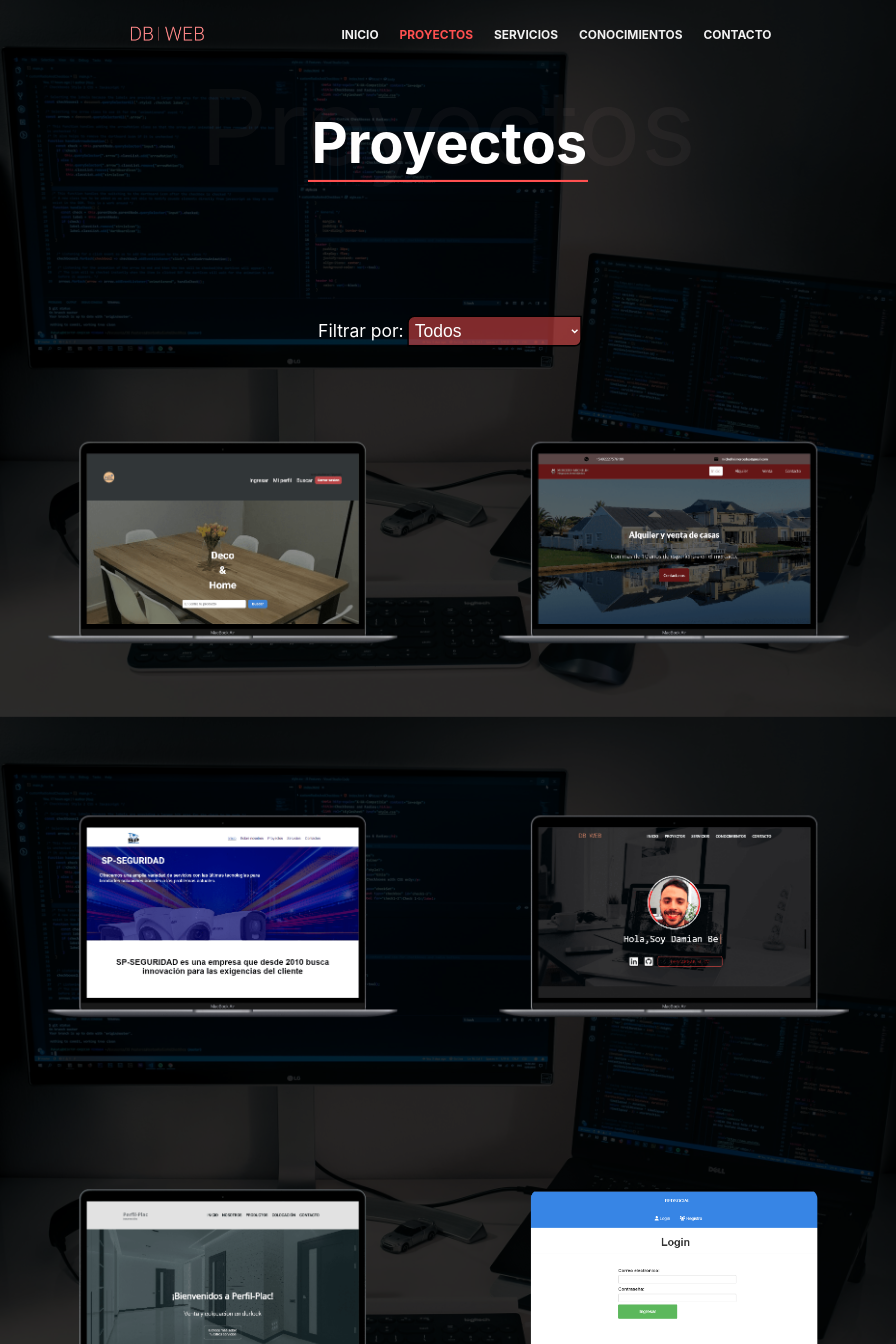
Repository: DamianBermudez94/DB-Porfolio
Page: /proyecto
An editor plug-in stored every save of this project. The page is shown before and after the next save, followed by the edit.
The browser window is 1280 px wide. The pictures show the part of the page from y = 0 to 1920 px (the page is 2900 px tall), at 70% of full size.
Backgrounds fixed to the window are drawn as part of the page. Some web libraries are served in a nearby version. The project was rebuilt for these pictures with package versions that can differ from the ones it lists, and the page was loaded fresh each time. Also part of the build but not shown: vite.config.js, src/components/TextoCustom/styles.css, src/components/TextoCustom/CustomText.jsx, src/components/Home/styles.css, src/components/Servicios/styles.css, src/components/Servicios/Service.jsx, src/components/Home/Home.jsx, src/pages/Inicio.jsx and 7 more.

Above is the page before, as saved 2024-04-02 09:29:19.

After the next save:
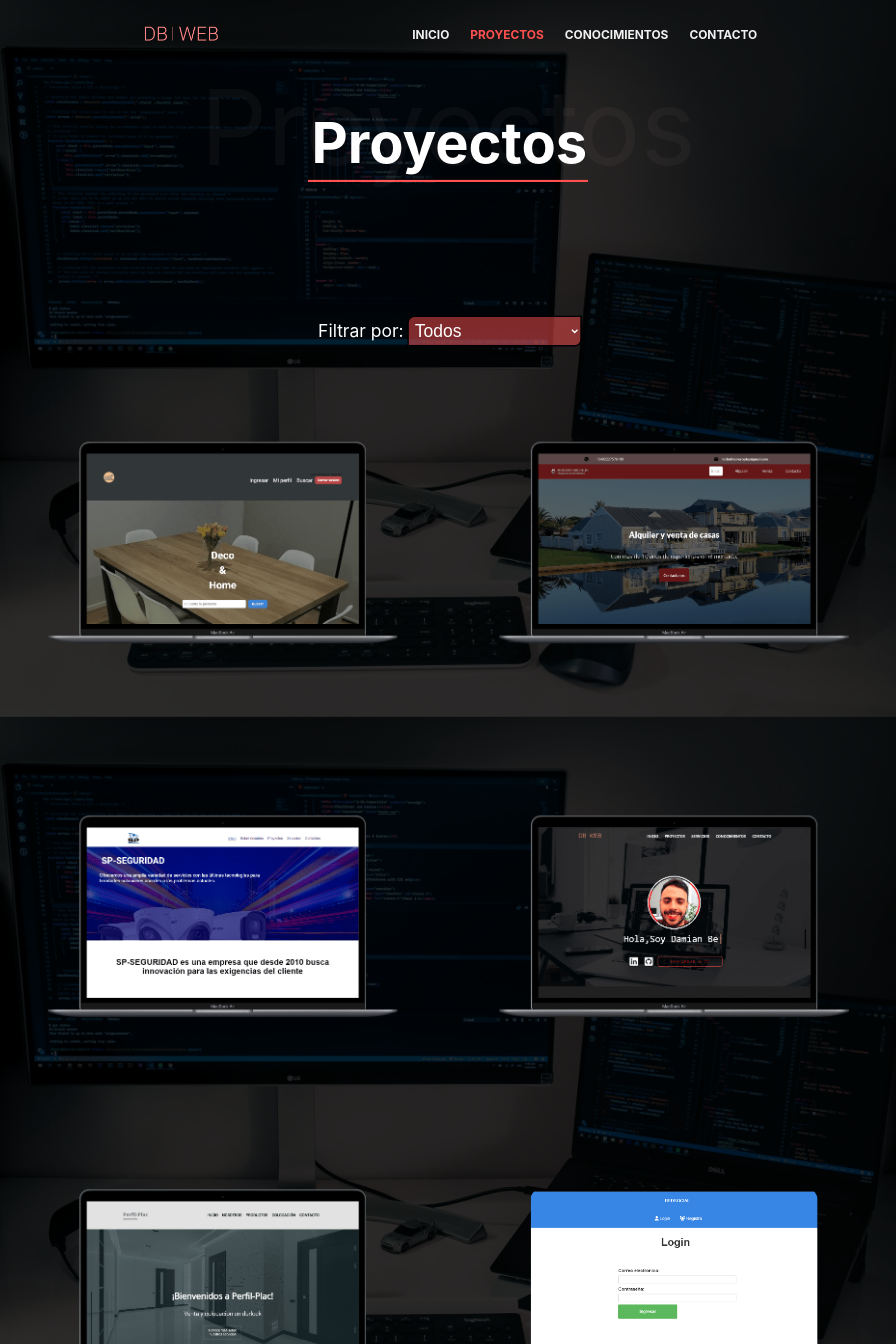
Saved 20 s later.
--- a/src/components/header/NavHeader.jsx
+++ b/src/components/header/NavHeader.jsx
@@ -66,15 +66,6 @@ export const NavHeader = () => {
             </li>
             <li>
               <NavLink
-                to="/servicios"
-                onClick={handleClick}
-                className={({ isActive }) => (isActive ? "active" : "")}
-              >
-                servicios
-              </NavLink>
-            </li>
-            <li>
-              <NavLink
                 to="/conocimientos"
                 onClick={handleClick}
                 className={({ isActive }) => (isActive ? "active" : "")}
